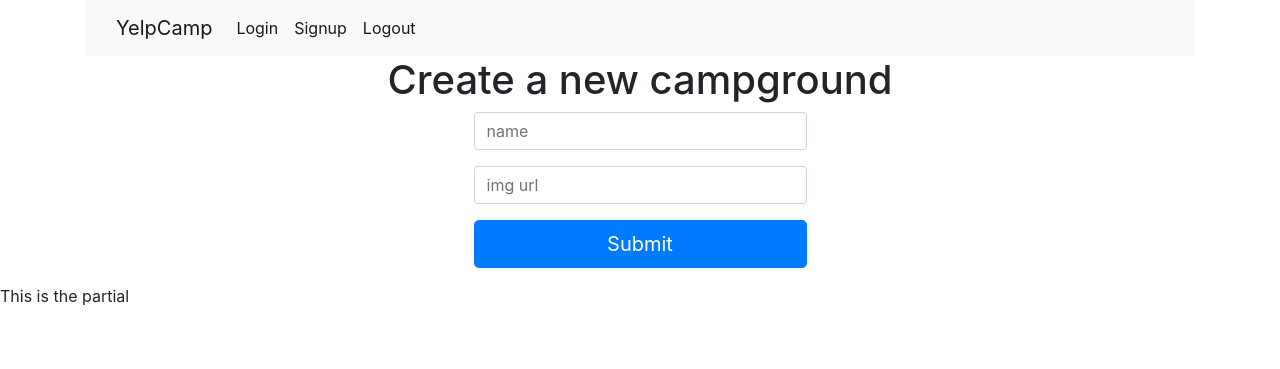
Repository: VictorWangwz/Web-Development
Page: http://localhost/campground/new
The author's editor kept a record of every edit. The page is drawn from the files as they stood at one moment, then again after the next edit.
The browser window is 1280 px wide. The pictures show the whole page.
The page is served by the project's Node server (YelpCamp/v1/app.js).

Above is the page before.

### YelpCamp/v1/views/new.ejs

<%include partials/header.ejs%>
<div class="container">
   <div >
        <h1 style="text-align:center">Create a new campground</h1>
        <div style="width:30%;margin:0 auto">
             <form action="/campground" method="POST">
                 <div class="form-group">
                     <input class="form-control" type="text" placeholder="name" name="name">
                 </div>
            <div class="form-group">
            <input  class="form-control" type="text" placeholder="img url" name="img">
            </div>
            <div class="form-group">
            <button class="btn btn-lg btn-primary btn-block">Submit</button>
            </div>
        </form>
        </div>


   </div>

</div>


<%include partials/footer.ejs%>

### YelpCamp/v1/views/partials/header.ejs
<!DOCTYPE html>
<html>
<head>
	<title>YelpCamp</title>
	<link rel="stylesheet" href="https://maxcdn.bootstrapcdn.com/bootstrap/4.0.0/css/bootstrap.min.css" integrity="sha384-Gn5384xqQ1aoWXA+058RXPxPg6fy4IWvTNh0E263XmFcJlSAwiGgFAW/dAiS6JXm" crossorigin="anonymous">
</head>
<body>
	<div class="container">
 	<nav class="navbar navbar-expand-lg static-top navbar-light bg-light">
    <!--<nav class="navbar navbar-expand-lg fixed-top navbar-light bg-light">-->
		<div class="container-fluid">
			<div class="navbar-header">
				<a class="navbar-brand" href="/">YelpCamp</a>
			</div>
			<div class="collapse navbar-collapse"  >
				<ul class="navbar-nav navbar-right">
					<li class="nav-item active"><a class="nav-link" href="/">Login</a></li>
					<li class="nav-item active"><a class="nav-link" href="/">Signup</a></li>
					<li class="nav-item active"><a class="nav-link" href="/">Logout</a></li>
				</ul>
			</div>
		</div>
	</nav>
</div>

### YelpCamp/v1/views/partials/footer.ejs

<p>This is the partial</p>
</body>
</html>

### YelpCamp/v1/app.js
var express=require("express");
var app=express();
var bodyParser=require("body-parser");

app.use(bodyParser.urlencoded({extended:true}));
app.use(express.static("public"));
app.set("view engine","ejs");
var campgrounds=[
    {name:"Zhen",img:"https://upload.wikimedia.org/wikipedia/commons/a/a5/Information_example_page2_300px.jpg"},
    {name:"Tang",img:"http://www.pgconnects.com/vancouver/wp-content/uploads/sites/7/2016/03/VancouverConventionCentre-outside-boardwalk-400px.jpg"},
    {name:"Ye",img:"https://encrypted-tbn0.gstatic.com/images?q=tbn:ANd9GcSEFEF0tRiGzg3Y-ZO_CAW8pAQtHD0sr9pezqUMuXCni1Ko4xuz"}
    ];


app.get("/",function(req,res){
    res.render("landing");
});
app.get("/campground",function(req,res){


    res.render("campground",{campgrounds:campgrounds});
});

app.get("/campground/new",function(req, res) {
   res.render("new");
});

app.post("/campground",function(req,res){
    var name=req.body.name;
    var img=req.body.img;
    campgrounds.push({name:name,img:img});
    // res.render("campground",{campgrounds:campgrounds});
    res.redirect("/campground");
});




app.listen(process.env.PORT,process.env.IP,function(){
    console.log("server has started");
});

After the next edit:
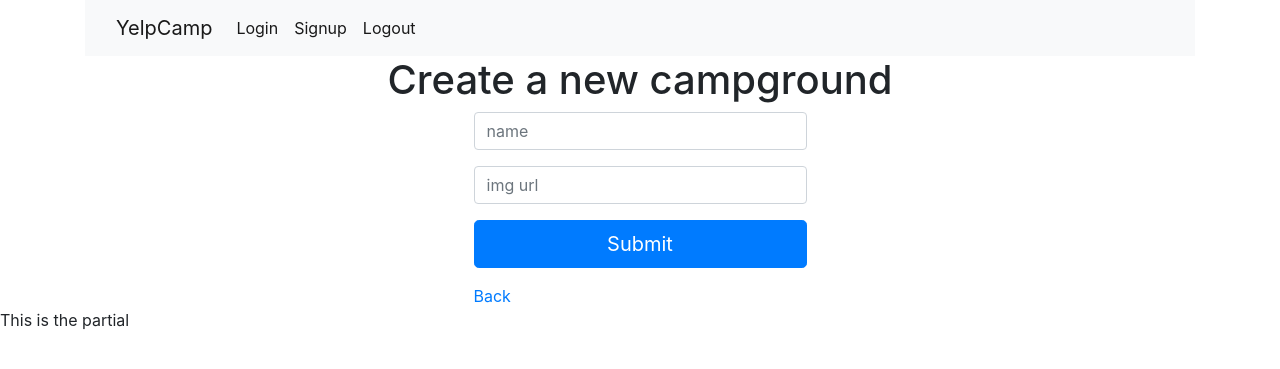
The edit:
--- a/YelpCamp/v1/views/new.ejs
+++ b/YelpCamp/v1/views/new.ejs
@@ -15,6 +15,7 @@
             <button class="btn btn-lg btn-primary btn-block">Submit</button>
             </div>
         </form>
+             <a href="/campground">Back</a>
         </div>
 
 
